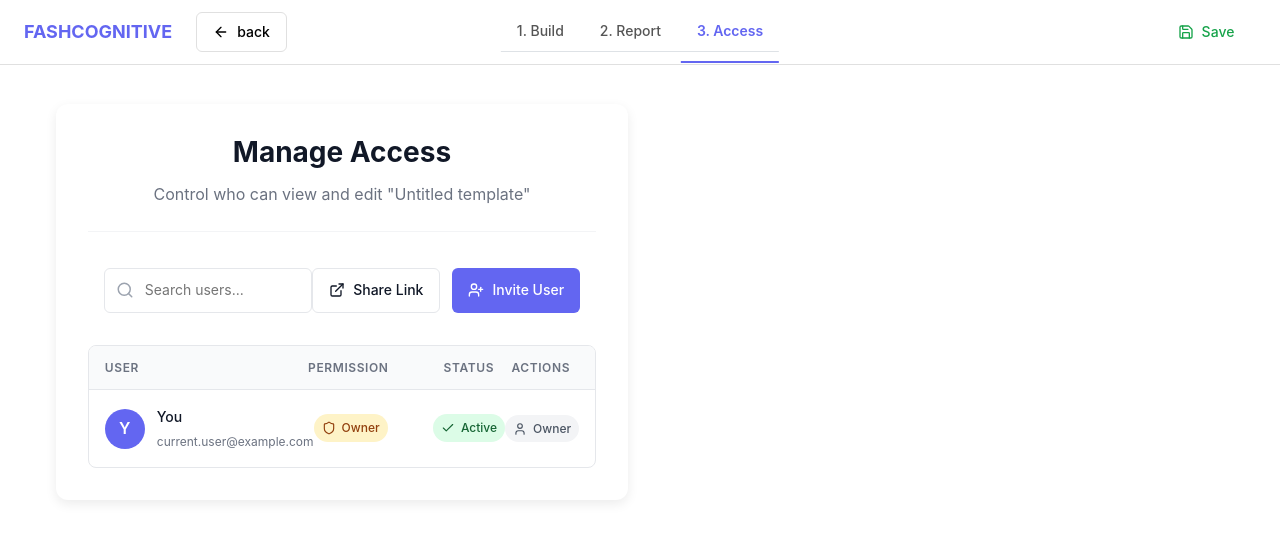
Repository: loganand612/fashcognitive-intern
Page: /ct (app in fash/), after clicking the first element matching `div.nav-tabs > :nth-child(3)`
An editor plug-in stored every save of this project. The page is shown before and after the next save, followed by the edit.
The browser window is 1280 px wide. The pictures show the whole page.
The project was rebuilt for these pictures with package versions that can differ from the ones it lists, and the page was loaded fresh each time. Also part of the build but not shown: fash/src/pages/Login.css, fash/src/pages/Register.css, fash/src/pages/Template.css, fash/src/pages/Home.tsx, fash/src/pages/Login.tsx, fash/src/pages/Register.tsx, fash/src/pages/Home2.tsx, fash/src/pages/Dashboard.tsx and 1 more. Imported but missing from the stored project, and not drawn on this page: fash/src/pages/assets/head1.mp4.

Above is the page before, as saved 2025-04-14 09:10:10.

After the next save:
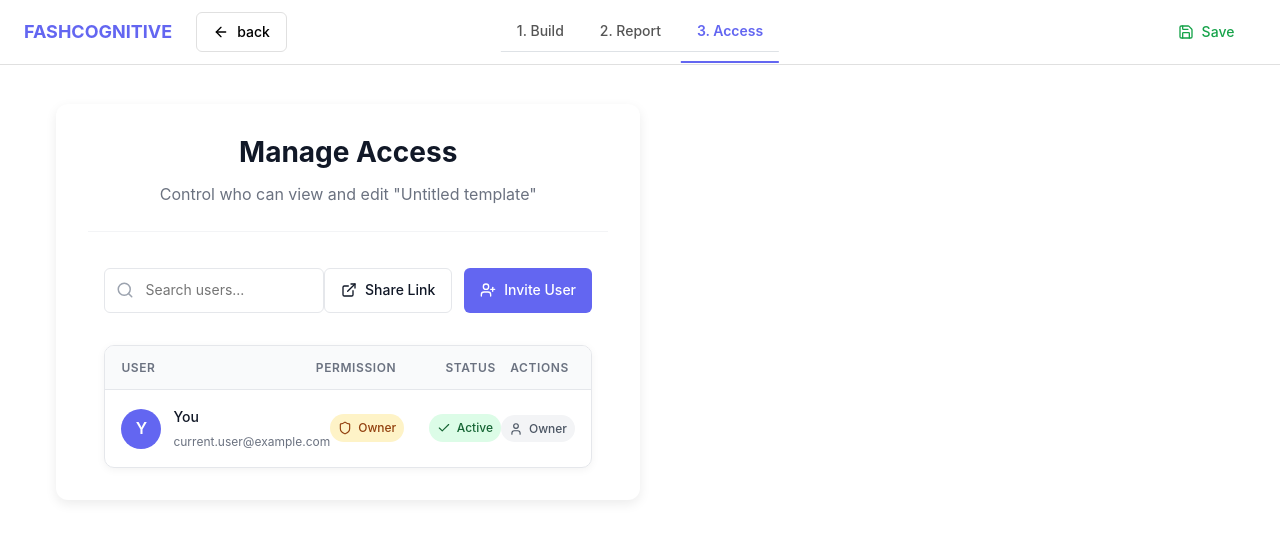
Saved 12 s later.
--- a/fash/src/components/AccessManager.css
+++ b/fash/src/components/AccessManager.css
@@ -360,8 +360,10 @@
 
 .users-list-container {
   border: 1px solid #e5e7eb;
-  border-radius: 8px;
+  border-radius: 10px;
   overflow: hidden;
+  box-shadow: 0 2px 8px rgba(0, 0, 0, 0.05);
+  margin: 0 16px;
 }
 
 .users-list-header {
